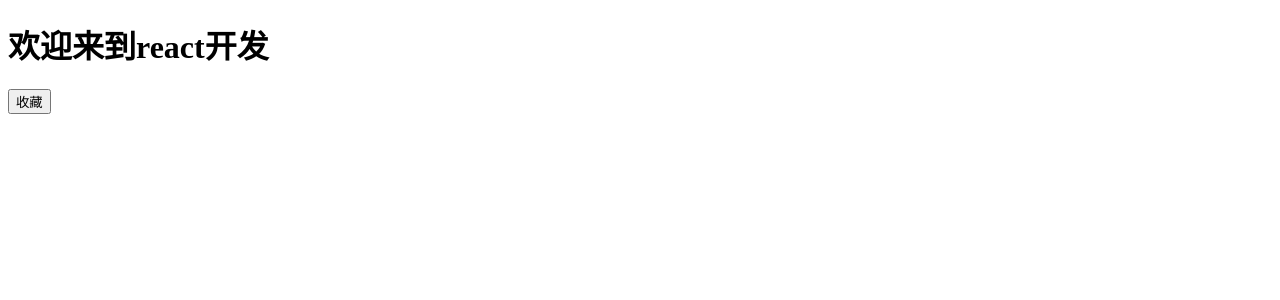
Repository: zenghao518518/React
Page: /
The author's editor kept a copy of each file at every save. The page is drawn from the files as they stood at one save, then again after the next save.
The browser window is 1280 px wide. The pictures show the whole page.
The project was rebuilt for these pictures with package versions that can differ from the ones it lists, and the page was loaded fresh each time.

Above is the page before, as saved 2023-06-21 17:29:50.

### src/index.js
import React from 'react';
//import ReactDOM from 'react-dom';
import ReactDOM from 'react-dom/client'
//import './01-base/01-class组件'
//ReactDOM.render(<div>111111</div>,document.getElementById('root'))                    //);
//import App from './01-base/01-class组件'
//import App from './01-base/02-函数式组件'
//import App from './01-base/03-组件的嵌套'
//import App from './01-base/04-组件的样式'
//import App from './01-base/05-事件绑定-1'
//import App from './01-base/06-事件绑定-2'
//import App from './01-base/07-ref'
import App from './01-base/08-state'
let root = ReactDOM.createRoot(document.getElementById('root'));
//root.render(<div>111111</div>);
root.render(<React.StrictMode><App></App></React.StrictMode>);

### src/01-base/08-state.js
import React, { Component } from 'react'

export default class App extends Component {
  state={
     text:"收藏"
  }
  render() {
    //var text="收藏"
    return (
      <div>
         <h1>欢迎来到react开发</h1>
         <button onClick={()=>{this.setState({mytext:"取消收藏"})}}>{this.state.text}</button>
      </div>
    )
  }
}

Loaded but not shown: public/index.html (common file)

After the next save:
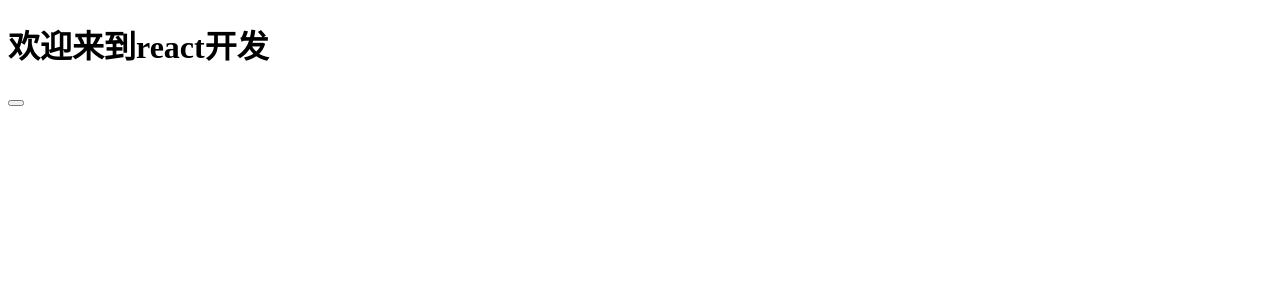
Saved 2 min 6 s later.
--- a/src/01-base/08-state.js
+++ b/src/01-base/08-state.js
@@ -2,7 +2,7 @@ import React, { Component } from 'react'
 
 export default class App extends Component {
   state={
-     text:"收藏"
+    mytext:"收藏"
   }
   render() {
     //var text="收藏"

After the save that followed:
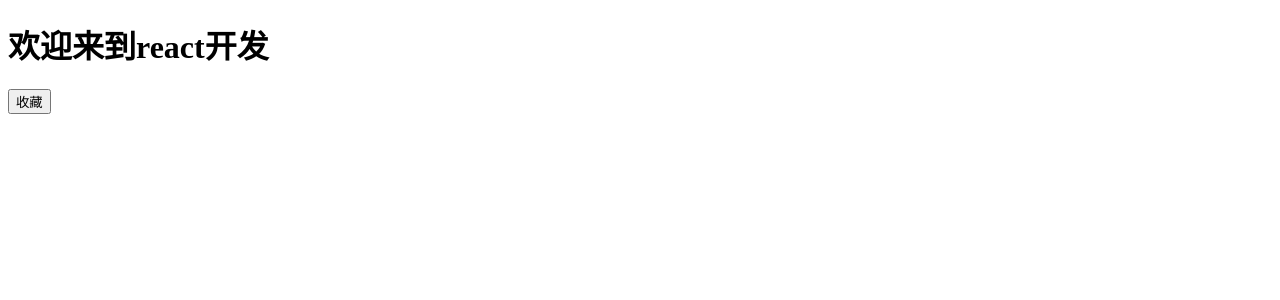
Saved 38 s later.
--- a/src/01-base/08-state.js
+++ b/src/01-base/08-state.js
@@ -9,7 +9,7 @@ export default class App extends Component {
     return (
       <div>
          <h1>欢迎来到react开发</h1>
-         <button onClick={()=>{this.setState({mytext:"取消收藏"})}}>{this.state.text}</button>
+         <button onClick={()=>{this.setState({mytext:"取消收藏"})}}>{this.state.mytext}</button>
       </div>
     )
   }
